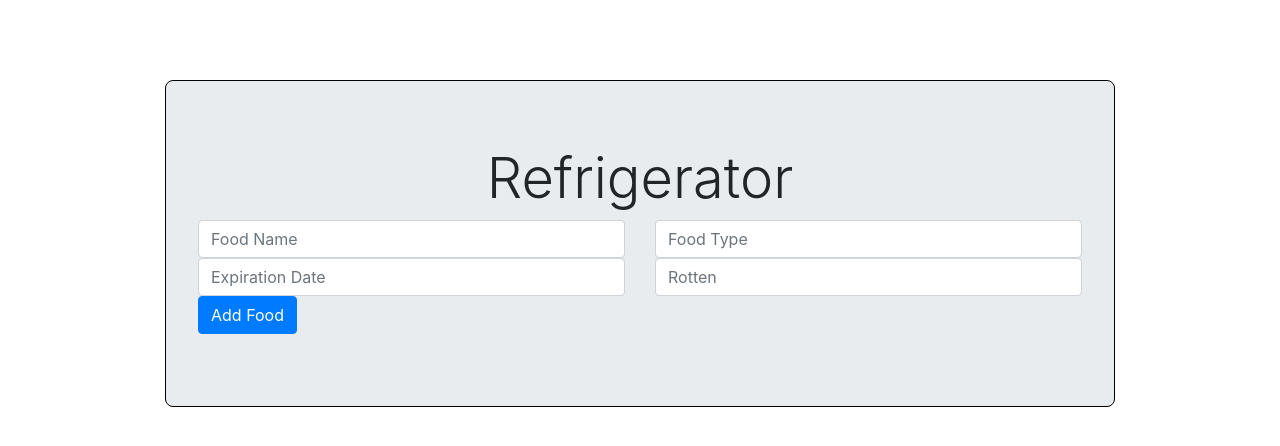
Repository: julianvanost/Week-06
Page: Day_03/FirstServer/public/index.html
An editor plug-in stored every save of this project. The page is shown before and after a run of saves, followed by the edit.
The browser window is 1280 px wide. The pictures show the whole page.
The page's requests for data from a server got no answer.

Above is the page before, as saved 2020-02-20 10:58:38.

After the next 2 saves:
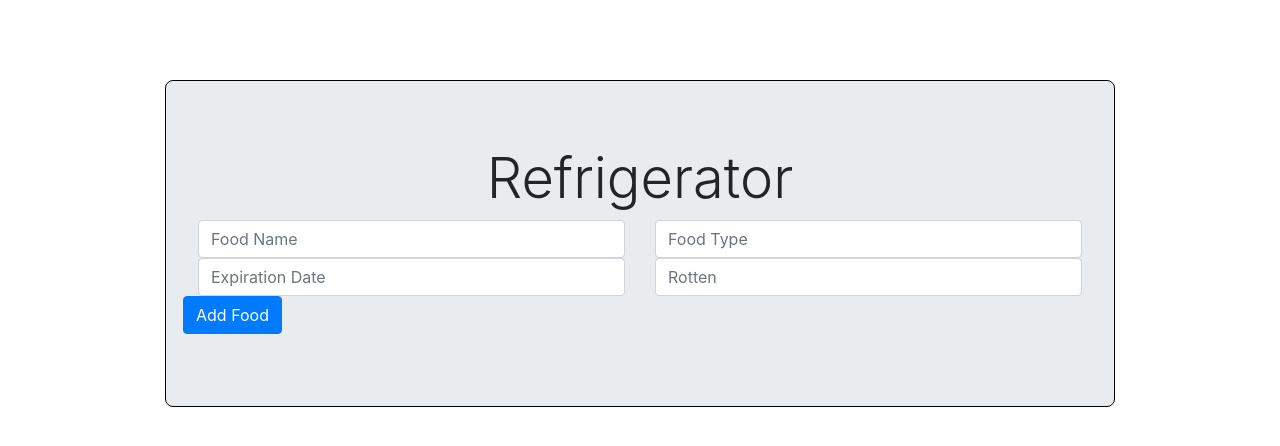
The 2 saves are shown as one change because they came seconds apart.
The last was saved 11 s later.
--- a/Day_03/FirstServer/public/index.html
+++ b/Day_03/FirstServer/public/index.html
@@ -40,7 +40,7 @@
           </div>
         </div>
         <div class="row">
-          <div class="col-auto">
+          <div class="col-righ">
             <button type="" id="addFood" class="btn btn-primary mb-2">Add Food</button>
           </div>
         </div>
